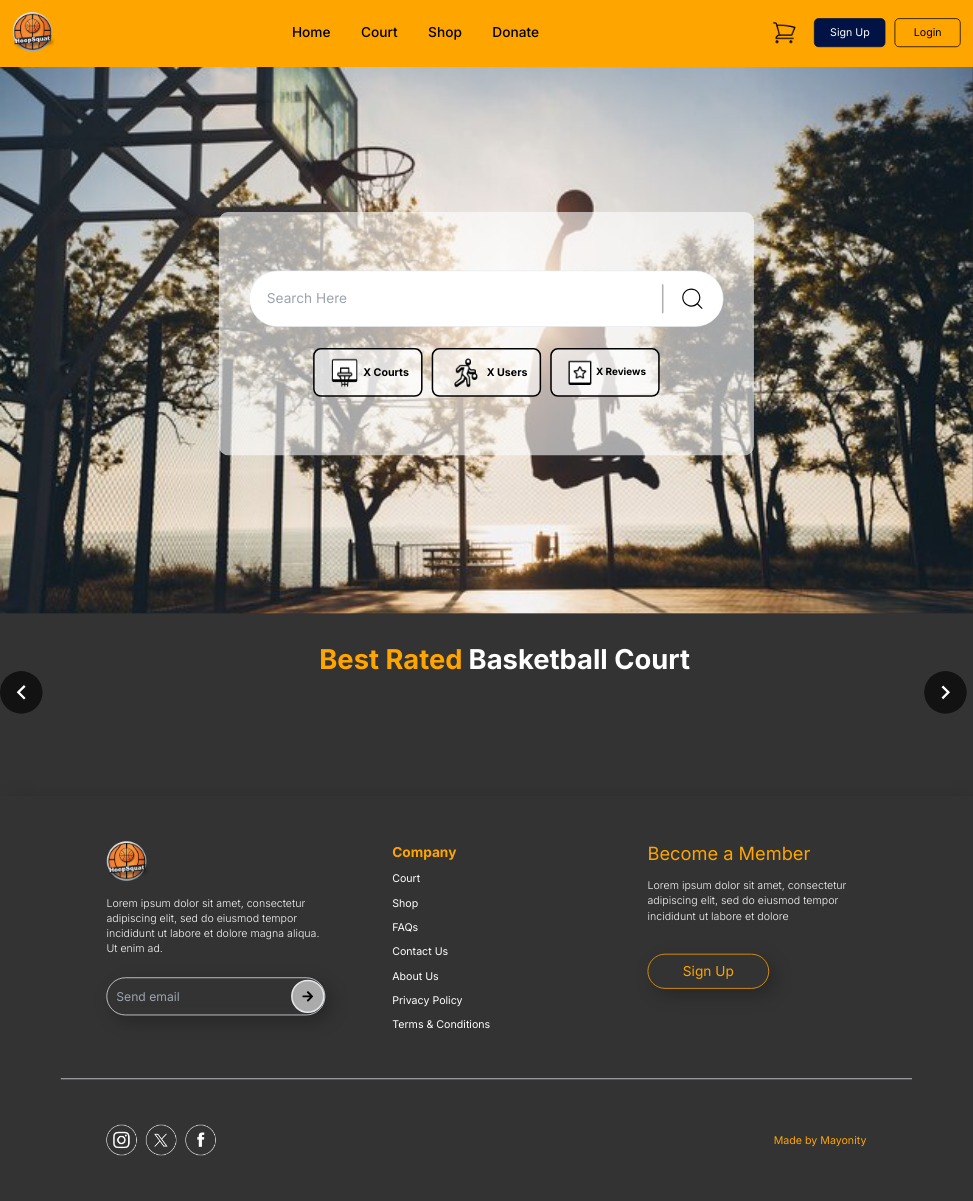
Repository: Abdul-Hannan232/basket-ball-website
Page: /
An editor plug-in stored every save of this project. The page is shown before and after the next save, followed by the edit.
The browser window is 1280 px wide. The pictures show the whole page, at 76% of full size.
The page's requests for data from a server got no answer. The project was rebuilt for these pictures with package versions that can differ from the ones it lists, and the page was loaded fresh each time. The framework's server and built-in components were replaced by stand-ins that run in the browser. No one was signed in, and anything a server would have sent is missing. Also part of the build but not shown: next.config.mjs, app/utils/rating.js.

Above is the page before, as saved 2024-09-15 21:30:02.

After the next save:
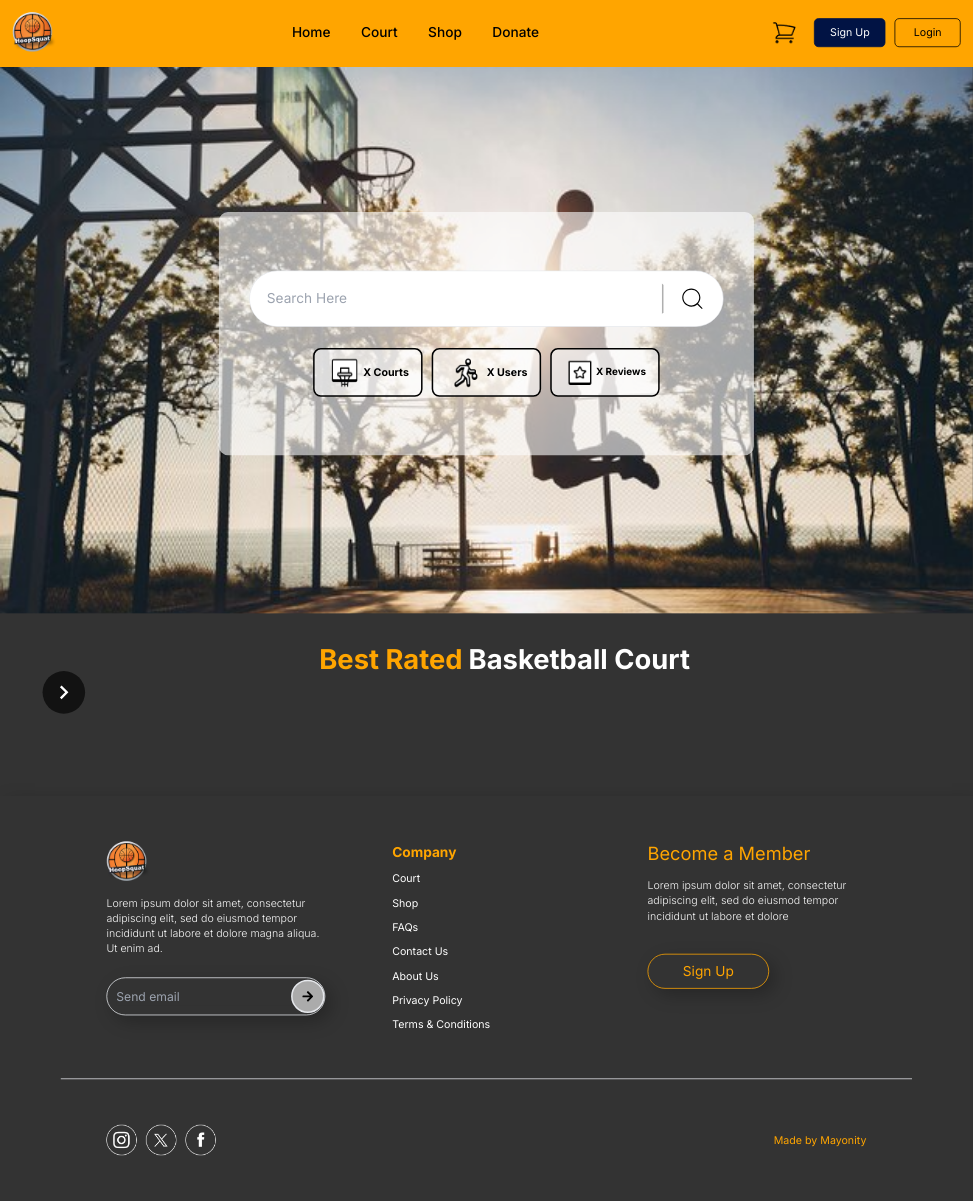
Saved 18 s later.
--- a/app/component/CourtsSlider.js
+++ b/app/component/CourtsSlider.js
@@ -132,11 +132,7 @@ const CourtsSlider = ({ slide }) => {
 
                     </Slider>
                     <div style={{ position: 'absolute', transform: 'translateY(-50%)', zIndex: '1' }} className='2xl:top-[45%] lg:top-[65%] top-[35%] md:w-[100%] flex justify-between w-[100%] mx-auto'>
-                        <div className=' slick- slick-arrow md:-ml-14 '>
-                            <div onClick={goToPrev} className='bg-[#000000A6] text-white text-7xl md:p-[10px] flex items-center justify-center cursor-pointer md:w-14 md:h-14 w-10 h-10 text-center font-bold  rounded-full'>
-                                <RiArrowLeftSLine />
-                            </div>
-                        </div>
+
                         <div className='slick- slick-arrow'>
                             <div className="bg-[#000000A6] text-white text-7xl md:p-[10px] flex items-center justify-center cursor-pointer md:w-14 md:h-14 w-10 h-10 text-center font-bold  rounded-full" onClick={goToNext}>
                                 <MdOutlineKeyboardArrowRight />
